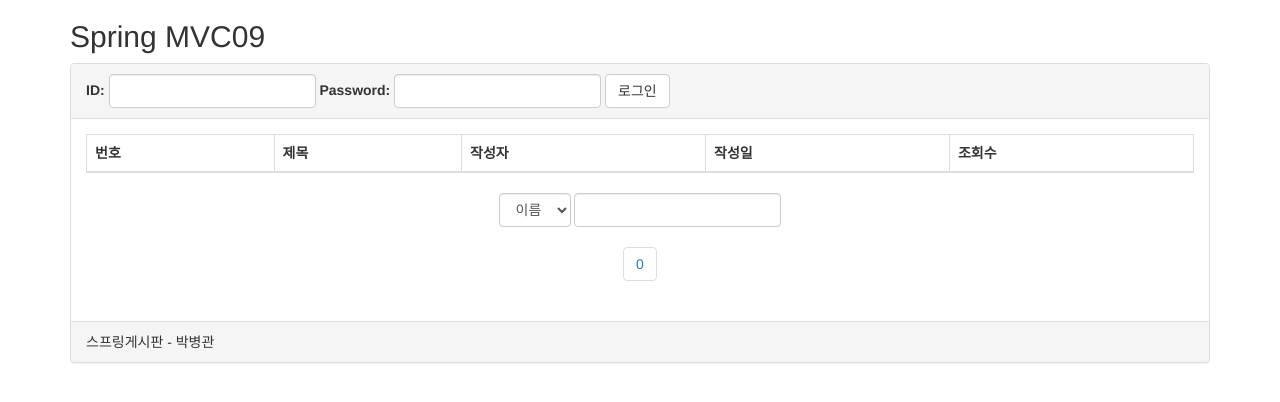
Repository: truffleToast/SpringLecture
Page: http://localhost/SpringMVC09/WEB-INF/views/board/list.jsp
The author's editor kept a copy of each file at every save. The page is drawn from the files as they stood at one save, then again after the next save.
The browser window is 1280 px wide. The pictures show the whole page.
The page is served by Tomcat 9. Nobody is signed in. Other server files are loaded and not shown. The template is opened directly, without the code that normally fills it, so the values that code supplies are empty.

Above is the page before, as saved 2023-10-13 02:32:33.

### SpringMVC09/src/main/webapp/WEB-INF/views/board/list.jsp
<%@ page language="java" contentType="text/html; charset=UTF-8"
    pageEncoding="UTF-8"%>
<%@ taglib prefix="c" uri="http://java.sun.com/jsp/jstl/core" %>
<%@ taglib prefix="fn" uri="http://java.sun.com/jsp/jstl/functions" %>
<%@ taglib prefix="fmt" uri="http://java.sun.com/jsp/jstl/fmt" %>

<c:set var="cpath" value="${pageContext.request.contextPath}" />

<!DOCTYPE html>
<html>
<head>
<meta charset="UTF-8">
<title>Insert title here</title>
<link rel="stylesheet" href="https://maxcdn.bootstrapcdn.com/bootstrap/3.4.1/css/bootstrap.min.css">
<script src="https://ajax.googleapis.com/ajax/libs/jquery/3.6.4/jquery.min.js"></script>
<script src="https://maxcdn.bootstrapcdn.com/bootstrap/3.4.1/js/bootstrap.min.js"></script>
</head>
<body>
	<div class="container">
	  <h2>Spring MVC09</h2>
	  <div class="panel panel-default">
	    <div class="panel-heading">

	    <c:if test="${empty mvo}">
			<form class="form-inline" action="${cpath}/login/loginProcess" method="post">
				<div class="form-group">
					<label for="id">ID:</label>
					<input type="text" class="form-control" id="id" name="memID">
				</div>
				<div class="form-group">
					<label for="pwd">Password:</label>
					<input type="password" class="form-control" id="pwd" name="memPwd">
				</div>
				<button type="submit" class="btn btn-default">로그인</button>
			</form>
		</c:if>

		<c:if test="${not empty mvo}">

			<form class="form-inline" action="${cpath}/login/logoutProcess" method="post">
				<div class="form-group">
					<label>${mvo.memName}님 방문을 환영합니다.</label>
				</div>
				<button type="submit" class="btn btn-default">로그아웃</button>
			</form>

		</c:if>

		</div>
	    <div class="panel-body">
	    	<table class="table table-bordered table-hover">
	    		<thead>
	    			<tr>
	    				<th>번호</th>
	    				<th>제목</th>
	    				<th>작성자</th>
	    				<th>작성일</th>
	    				<th>조회수</th>
	    			</tr>
	    		</thead>
	    		<tbody>
	    			<!-- 여기에 게시글 출력해보세요 -->
	    			<c:forEach items="${list}" var="vo" varStatus="i">
	    				<tr>
	    					<td>${i.count}</td>
	    					<td>

	    					<c:if test="${vo.boardAvailable == 0}">
	    						<a href="javascript:alert('삭제된 게시글입니다')">
	    						<c:if test="${vo.boardLevel > 0}">
		    						<c:forEach begin="0" end="${vo.boardLevel}" step="1">
		    							<span style="padding-left: 15px"></span>
		    						</c:forEach>
		    						ㄴ[RE]
		    					</c:if>
	    						삭제된 게시물입니다.
	    						</a>
	    					</c:if>

	    					<c:if test="${vo.boardAvailable > 0}">
		    					<a class="move" href="${vo.idx}">
		    					<c:if test="${vo.boardLevel > 0}">
		    						<c:forEach begin="0" end="${vo.boardLevel}" step="1">
		    							<span style="padding-left: 15px"></span>
		    						</c:forEach>
		    						ㄴ[RE]
		    					</c:if>
		    					<c:out value="${vo.title}" />
		    					</a>
	    					</c:if>

	    					</td>
	    					<td>${vo.writer}</td>
	    					<td>
	    						<fmt:formatDate value="${vo.indate}" pattern="yyyy-MM-dd"/>
	    					</td>
	    					<td>${vo.count}</td>
	    				</tr>
	    			</c:forEach>
	    		</tbody>

	    		<c:if test="${not empty mvo}">
	    		<tr>
	    			<td colspan="5">
	    				<button id="regBtn" class="btn btn-xs btn-info pull-right">글쓰기</button>
	    			</td>
	    		</tr>
	    		</c:if>
	    	</table>


	    	<!-- 검색메뉴 -->
	    	<div style ="text-align: center;">
	    		<form class ="form-inline" action ="">
	    			<div class ="form-group">
	    				<select name ="type" class="form-control">
	    					<option>이름</option>
	    					<option>제목</option>
	    					<option>내용</option>
	    				</select>
	    			</div>
	    			<div class ="form-group">
	    				<input type ="text" class ="form-control" name ="keyword">
	    			</div>

	    		</form>

	    	</div>

	    	<div style="text-align: center;">
			  <ul class="pagination">

			  	<!-- 이전버튼처리 -->
			  	<c:if test="${pageMaker.prev}">
			  		<li class="paginate_button previous">
			  			<a href="${pageMaker.startPage - 1}">◀</a>
			  		</li>
			  	</c:if>
			  	<!-- 페이지번호 처리 -->
			    <c:forEach var="pageNum" begin="${pageMaker.startPage}" end="${pageMaker.endPage}">

			    	<c:if test="${pageMaker.cri.page == pageNum }">
			    		<li class="paginate_button active"><a href="${pageNum}">${pageNum}</a></li>
			    	</c:if>

			    	<c:if test="${pageMaker.cri.page != pageNum }">
			    		<li class="paginate_button"><a href="${pageNum}">${pageNum}</a></li>
			    	</c:if>
			    </c:forEach>
			    <!-- 다음버튼처리 -->
			    <c:if test="${pageMaker.next}">
			  		<li class="paginate_button previous">
			  			<a href="${pageMaker.endPage + 1}">▶</a>
			  		</li>
			  	</c:if>
			  </ul>

			  <form action="${cpath}/board/list" id="pageFrm">
			  	<input type="hidden" id="page" name="page" value="${pageMaker.cri.page}">
			  	<input type="hidden" id="perPageNum" name="perPageNum" value="${pageMaker.cri.perPageNum}">
			  </form>

			</div>
	    </div>
	    <div class="panel-footer">스프링게시판 - 박병관</div>
	  </div>
	</div>

	 <!-- Modal -->
	  <div class="modal fade" id="myMessage" role="dialog">
	    <div class="modal-dialog">
	      <!-- Modal content-->
	      <div id="messageType" class="modal-content">
	        <div class="modal-header panel-heading">
	          <button type="button" class="close" data-dismiss="modal">&times;</button>
	          <h4 class="modal-title">Modal Header</h4>
	        </div>
	        <div class="modal-body">
	        </div>
	        <div class="modal-footer">
	          <button type="button" class="btn btn-default" data-dismiss="modal">Close</button>
	        </div>
	      </div>
	    </div>
	  </div>


	<script type="text/javascript">
		$(document).ready(function(){

			// 페이지 번호 클릭 시 이동하기
			var pageFrm = $("#pageFrm");
			// li태그 안에 a태그 값 가져와서 form태그에 적용시켜 페이지이동

			$(".paginate_button a").on("click", function(e){
				// e -> 현재 클릭한 a태크 요소 자체
				e.preventDefault(); // a태그의 href속성 작동 막기
				var page = $(this).attr("href"); // 클릭한 a태그의 href값 가져오기
				pageFrm.find("#page").val(page);
				pageFrm.submit();
			});

			// 상세보기 클릭 시 이동
			$(".move").on("click", function(e){
				e.preventDefault(); // a태그의 href속성 작동 막기
				var idx = $(this).attr("href");
				var tag = "<input type='hidden' name='idx' value='"+idx+"'>";
				pageFrm.append(tag);
				pageFrm.attr("action", "${cpath}/board/get");
				pageFrm.submit();
			});







			var result = "${result}";
			checkModal(result);

			$("#regBtn").click(function(){
				location.href="${cpath}/board/register";
			});

		});

		function checkModal(result){
			if(result == ''){
				return;
			}
			if(parseInt(result) > 0){
				$(".modal-body").text("게시글" + result + "번이 등록되었습니다.");
				$("#myMessage").modal("show");
			}


		}



	</script>

</body>
</html>

After the next save:
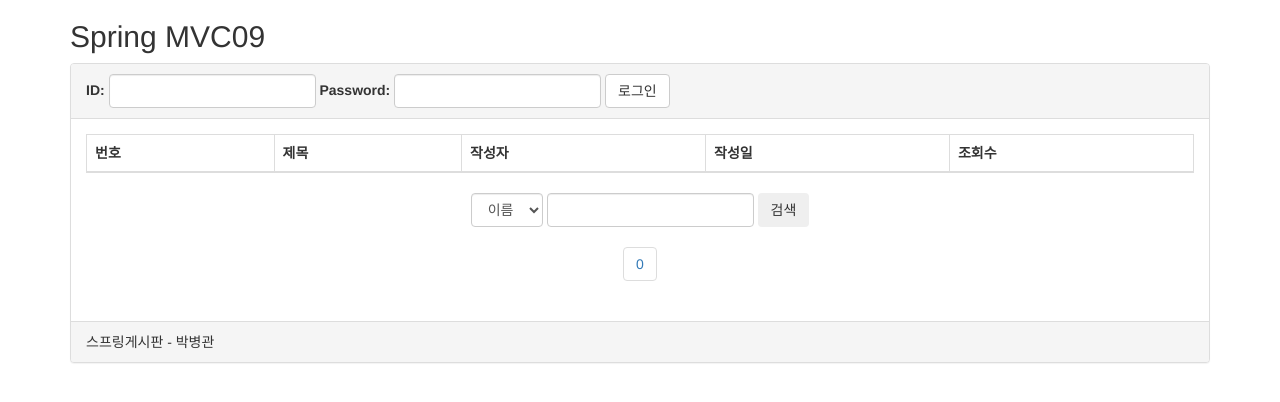
Saved 29 s later.
--- a/SpringMVC09/src/main/webapp/WEB-INF/views/board/list.jsp
+++ b/SpringMVC09/src/main/webapp/WEB-INF/views/board/list.jsp
@@ -122,6 +122,7 @@
 	    			<div class ="form-group">
 	    				<input type ="text" class ="form-control" name ="keyword">
 	    			</div>
+	    			<button type ="submit" class="btn btn-succeess"> 검색</button>
 
 	    		</form>
 
